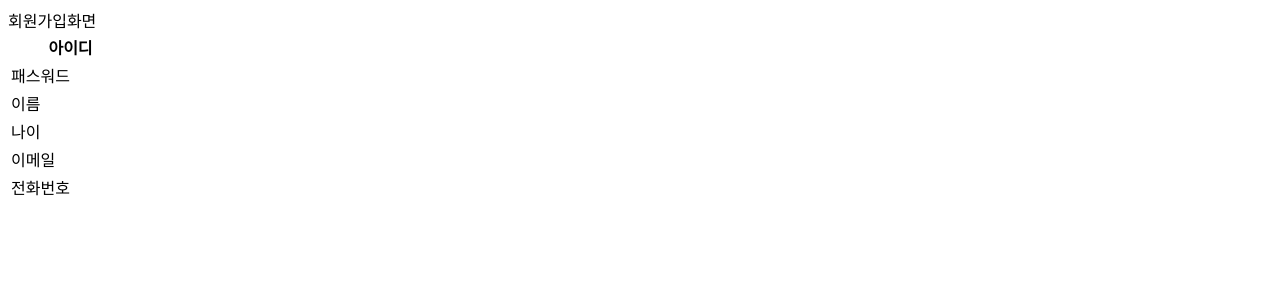
Repository: eastzi/workspace.edu
Page: MVC01/src/main/webapp/member/memberRegister.html
An editor plug-in stored every save of this project. The page is shown before and after the next save, followed by the edit.
The browser window is 1280 px wide. The pictures show the whole page.

Above is the page before, as saved 2022-10-13 02:29:12.

After the next save:
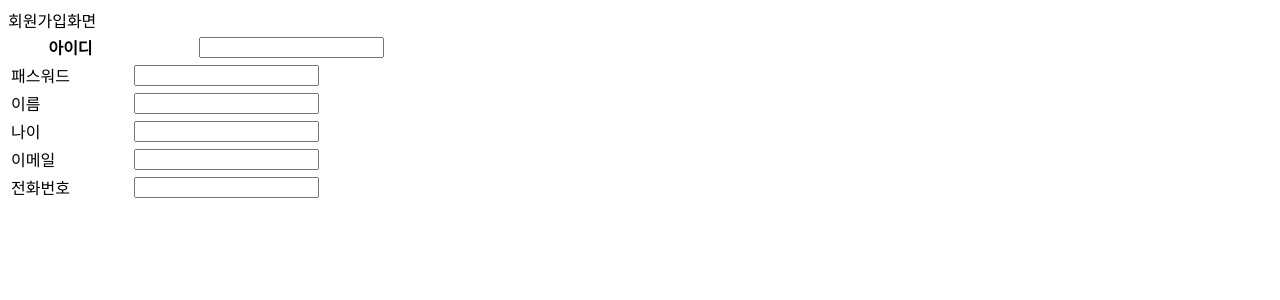
Saved 2 min 14 s later.
--- a/MVC01/src/main/webapp/member/memberRegister.html
+++ b/MVC01/src/main/webapp/member/memberRegister.html
@@ -14,29 +14,29 @@
 <thead>
   <tr>
     <th class="tg-0lax">아이디</th>
-    <th class="tg-0lax"></th>
+    <th class="tg-0lax"><input type="text" name="id"/></th>
   </tr>
 </thead>
 <tbody>
   <tr>
     <td class="tg-0lax">패스워드</td>
-    <td class="tg-0lax"></td>
+    <td class="tg-0lax"><input type="text" name="pass"/></td>
   </tr>
   <tr>
     <td class="tg-0lax">이름</td>
-    <td class="tg-0lax"></td>
+    <td class="tg-0lax"><input type="text" name="name"/></td>
   </tr>
   <tr>
     <td class="tg-0lax">나이</td>
-    <td class="tg-0lax"></td>
+    <td class="tg-0lax"><input type="text" name="age"/></td>
   </tr>
   <tr>
     <td class="tg-0lax">이메일</td>
-    <td class="tg-0lax"></td>
+    <td class="tg-0lax"><input type="text" name="email"/></td>
   </tr>
   <tr>
     <td class="tg-0lax">전화번호</td>
-    <td class="tg-0lax"></td>
+    <td class="tg-0lax"><input type="text" name="phone"/></td>
   </tr>
   <tr>
     <td class="tg-0lax" colspan="2"></td>
